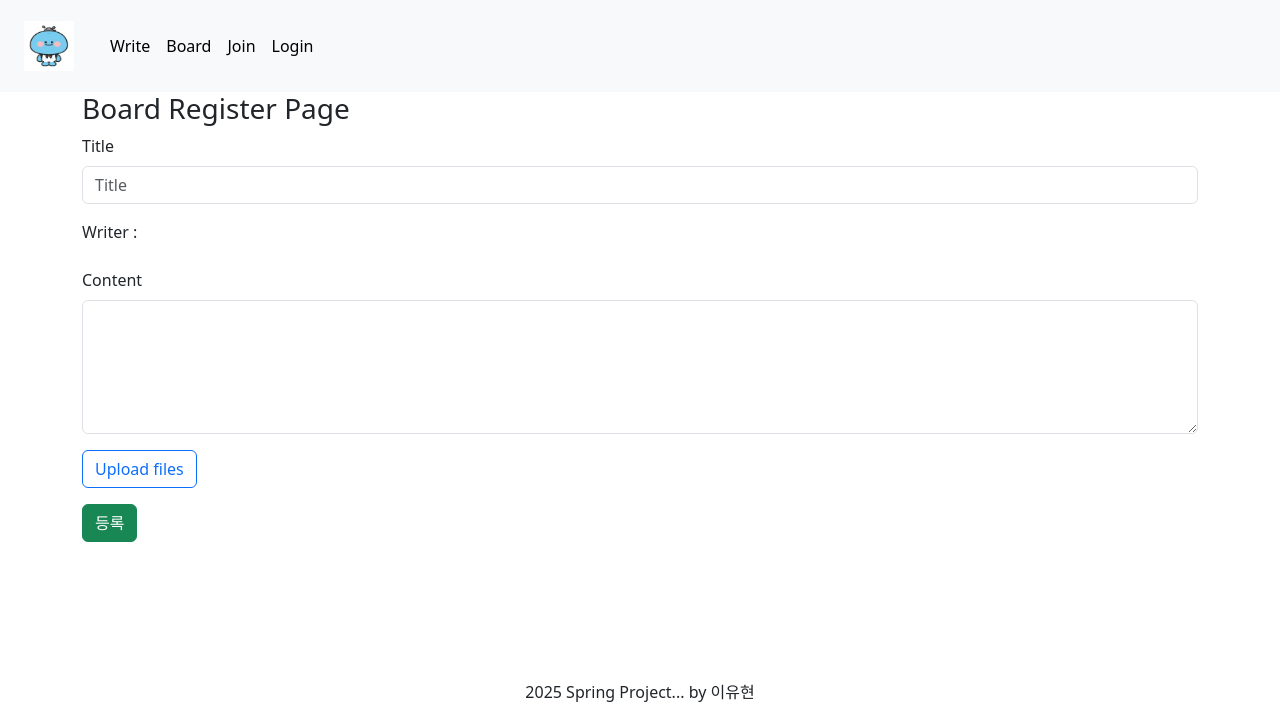
Repository: LeeYouHyeon/6.Spring
Page: http://localhost/spring_project/WEB-INF/views/board/register.jsp
An editor plug-in stored every save of this project. The page is shown before and after the next save, followed by the edit.
The browser window is 1280 px wide. The pictures show the whole page.
The page is served by Tomcat 9. Nobody is signed in. The template is opened directly, without the code that normally fills it, so the values that code supplies are empty.

Above is the page before, as saved 2025-06-11 01:17:24.
Console error: TypeError: Cannot read properties of null (reading 'addEventListener')

After the next save:
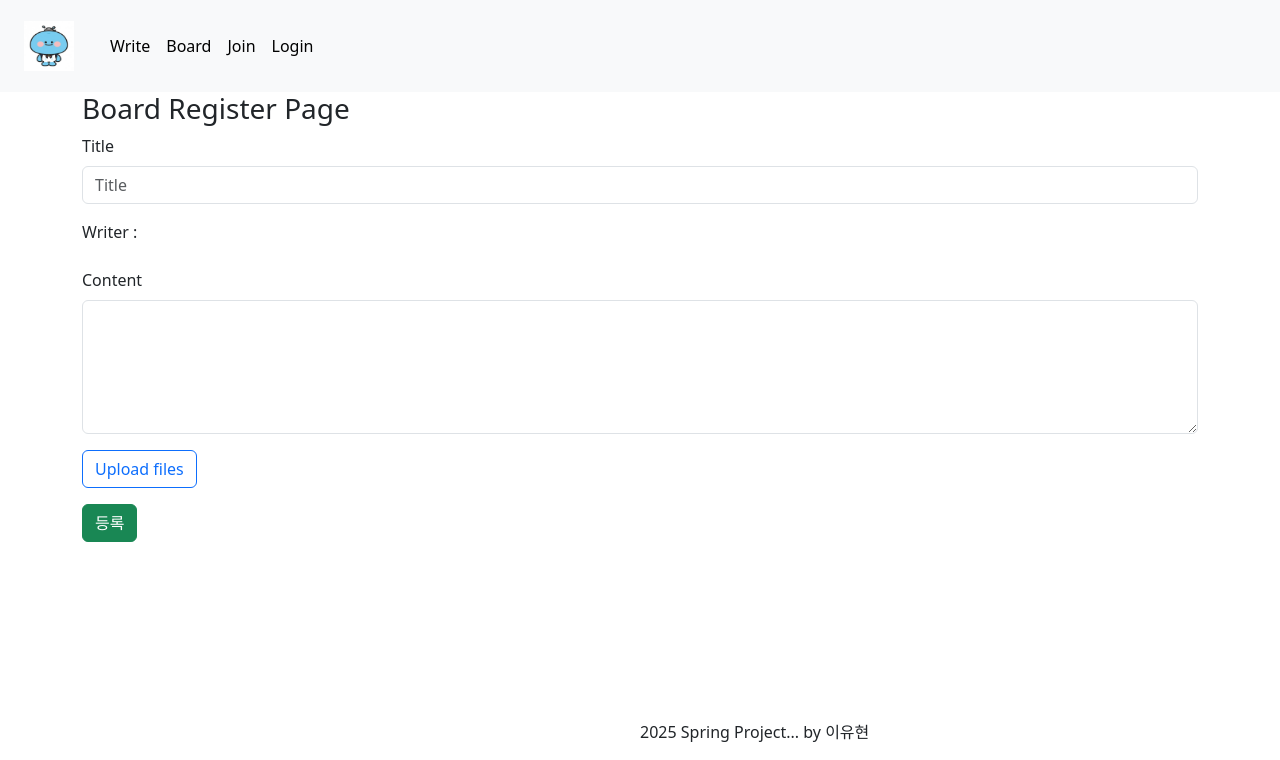
Saved 10 min 20 s later.
--- a/spring_project/src/main/webapp/WEB-INF/views/layout/footer.jsp
+++ b/spring_project/src/main/webapp/WEB-INF/views/layout/footer.jsp
@@ -1,7 +1,6 @@
 <%@ page language="java" contentType="text/html; charset=UTF-8"
 	pageEncoding="UTF-8"%>
 
-<div class="position-absolute start-50 top-100 pb-3"
-	style="transform: translate(-50%, -100%);">2025 Spring Project... by 이유현</div>
+<div class="position-absolute start-50 top-100 pb-3">2025 Spring Project... by 이유현</div>
 </body>
 </html>
